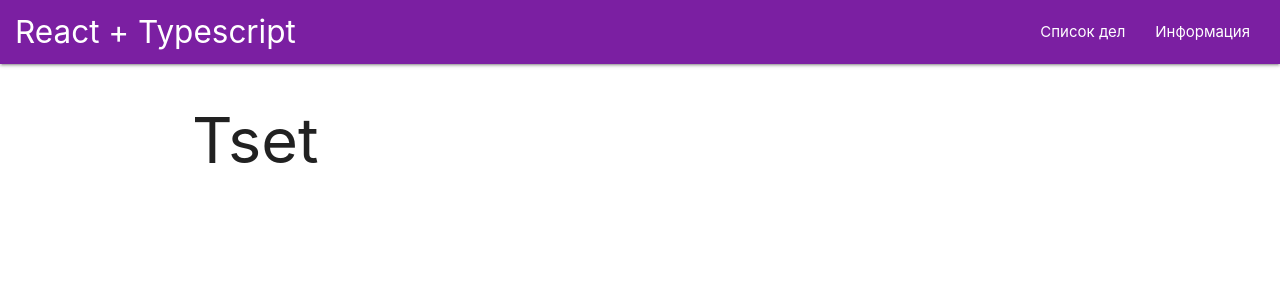
Repository: tsydikov/react_typescript_todo
Page: /
An editor plug-in stored every save of this project. The page is shown before and after the next save, followed by the edit.
The browser window is 1280 px wide. The pictures show the whole page.
The project was rebuilt for these pictures with package versions that can differ from the ones it lists, and the page was loaded fresh each time.

Above is the page before, as saved 2021-08-11 17:56:52.

After the next save:
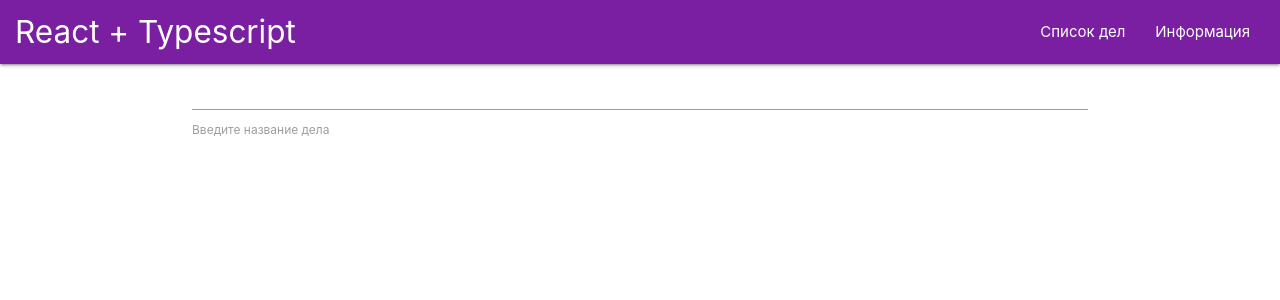
Saved 49 s later.
--- a/src/App.tsx
+++ b/src/App.tsx
@@ -1,5 +1,6 @@
 import React from 'react';
 import { Navbar } from './components/Navbar';
+import { TodoForm } from './components/TodoForm';
 
 
 const App: React.FC = () => {
@@ -7,7 +8,9 @@ const App: React.FC = () => {
     <>
       <Navbar />
       <div className="container">
-        <h1>Tset</h1>
+
+        <TodoForm />
+
       </div>
     </>
   )
